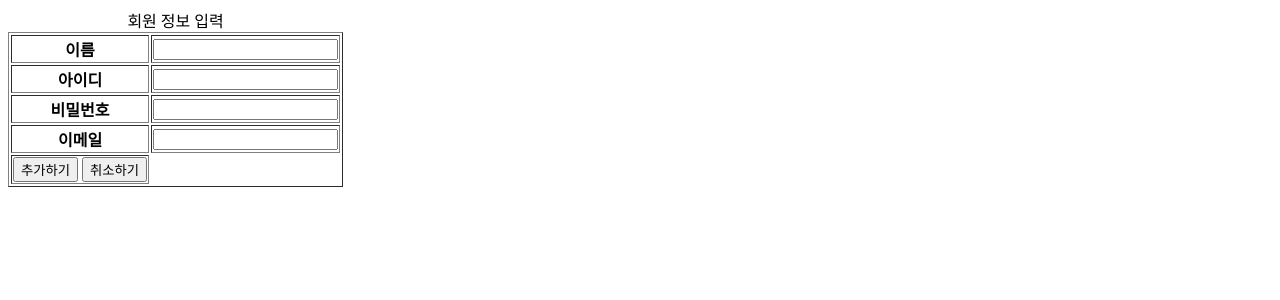
Repository: Heo-sh/Web_Development
Page: http://localhost/Ex_0418_Member/member_register.jsp
These files come from the project's save history. The page is drawn as it stood at one moment and after the next save; the edit follows.
The browser window is 1280 px wide. The pictures show the whole page.
The page is served by Tomcat 9.

Above is the page before, as saved 2023-04-18 07:30:39.

After the next save:
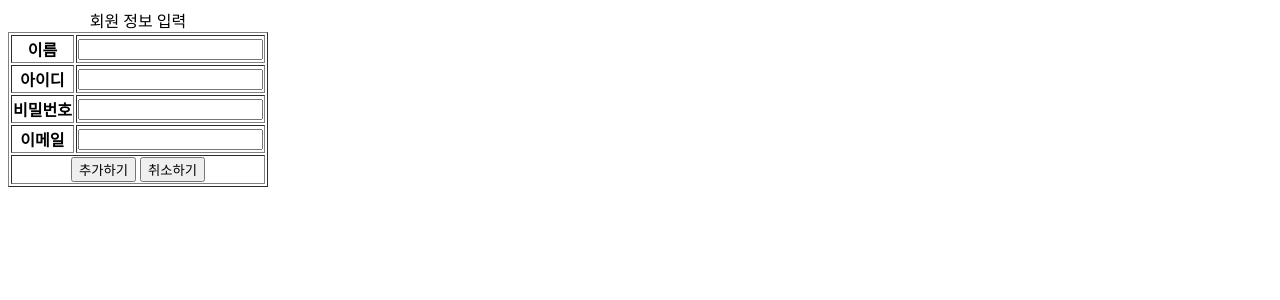
Saved 19 s later.
--- a/Ex_0418_Member/WebContent/member_register.jsp
+++ b/Ex_0418_Member/WebContent/member_register.jsp
@@ -35,7 +35,7 @@
 					</td>
 				</tr>
 				<tr>
-					<td>
+					<td colspan="2" align="center">
 						<input
 							type="button"
 							value="추가하기"
